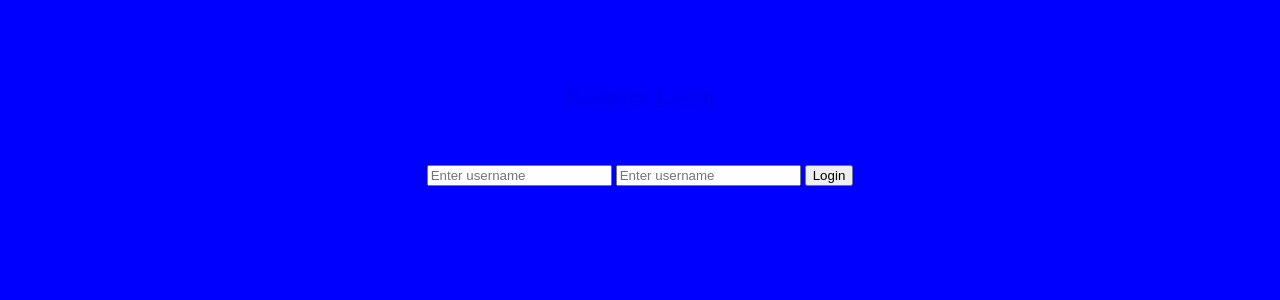
Repository: Alphavhiskey/Java
Page: eclipse-workspace/bookApplication/src/main/webapp/register.html
These files come from the project's save history. The page is drawn as it stood at one moment and after the next save; the edit follows.
The browser window is 1280 px wide. The pictures show the whole page.

Above is the page before, as saved 2023-01-19 15:20:35.

### eclipse-workspace/bookApplication/src/main/webapp/register.html
<!DOCTYPE html>
<html>
<head>
<meta charset="ISO-8859-1">
<title>Book Application</title>
</head>
<body bgcolor="blue">
<br><br><br>
<h2 align="center">
<a href="register.html">Register</a>
<a href="login.html">Login</a></h2>
<br><br>
<form action="./select" method="get" align="center">
<input type="text" name="username" placeholder="Enter username">
<input type="password" name="password" placeholder="Enter username">

<input type="submit" value="Login">
</form>
</body>
</html>

After the next save:
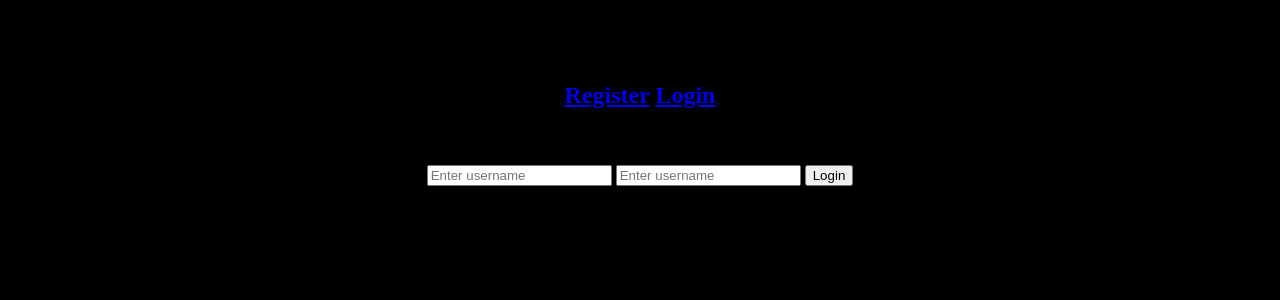
Saved 3 h 12 min later.
--- a/eclipse-workspace/bookApplication/src/main/webapp/register.html
+++ b/eclipse-workspace/bookApplication/src/main/webapp/register.html
@@ -4,13 +4,13 @@
 <meta charset="ISO-8859-1">
 <title>Book Application</title>
 </head>
-<body bgcolor="blue">
+<body bgcolor="black">
 <br><br><br>
 <h2 align="center">
 <a href="register.html">Register</a>
 <a href="login.html">Login</a></h2>
 <br><br>
-<form action="./select" method="get" align="center">
+<form action="./insert" method="get" align="center">
 <input type="text" name="username" placeholder="Enter username">
 <input type="password" name="password" placeholder="Enter username">
 
